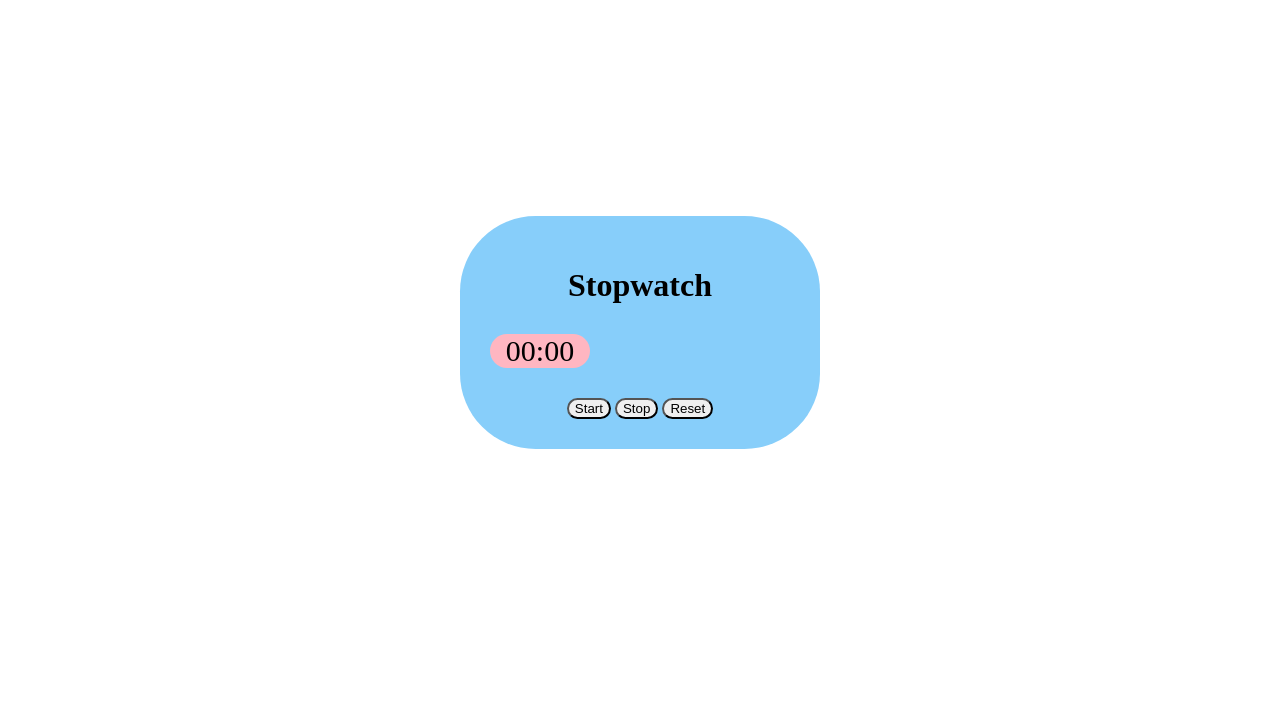
Repository: LeyaAbraham/web-dev
Page: clock.html
The author's editor kept a copy of each file at every save. The page is drawn from the files as they stood at one save, then again after the next save.
The browser window is 1280 px wide. The pictures show the whole page.

Above is the page before, as saved 2021-01-05 23:19:15.

### clock.html
<!DOCTYPE html>
<html>

<head>
    <title>Page Title</title>
    <link rel="stylesheet" href="style.css" type="text/css">

</head>

<body>
    <div id="wrap">
        <h1>Stopwatch</h1>
        <div id="time">
            <p><span id="seconds">00</span>:<span id="nano">00</span></p>
        </div>
        <button id="start">Start</button>
        <button id="stop">Stop</button>
        <button id="reset">Reset</button>
    </div>
    <script src="clock.js"></script>
</body>

</html>

### style.css
#wrap {
    background-color: lightskyblue;
    border-color: lightyellow;
    border-radius: 2cm;
    text-align: center;
    padding: 30px;
    margin: 30px;
    width: 300px;
    position: absolute;
	top:30%;
	left: 0;
	right: 0;

	margin: auto;

}

button {
    border-radius: 1cm;

}

p {
    font-size: 30px;
}

#time {
    background: lightpink;
    width: 100px;
    border-radius: 1cm;
    text-align: center;

}

### clock.js
window.onload = function () {

    var seconds = 00;
    var nano = 00;

    var interval;
    document.getElementById("start").onclick = start;
    document.getElementById("stop").onclick = stop;
    document.getElementById("reset").onclick = reset;

    function start() {

        interval = setInterval(runTimer, 10);

    }

    function stop() {
        clearInterval(interval);
    }

    function reset() {
        clearInterval(interval);
        nano = 00;
        seconds = 00;
        document.getElementById("nano").innerHTML = "00";
        document.getElementById("seconds").innerHTML = "00";
    }

    function runTimer() {
        var num = nano++;
        console.log(num);

        if (nano > 9) {
            console.log("in if");
            document.getElementById("nano").innerHTML = nano;
        }
        if (nano < 9) {
            document.getElementById("nano").innerHTML = "0" + nano;
        }
        if (nano > 99) {
            seconds++;
            nano = 0;
            document.getElementById("seconds").innerHTML = "0" + seconds;

        }

        if (seconds > 9) {
            document.getElementById("seconds") = seconds;
        }
    }
}

After the next save:
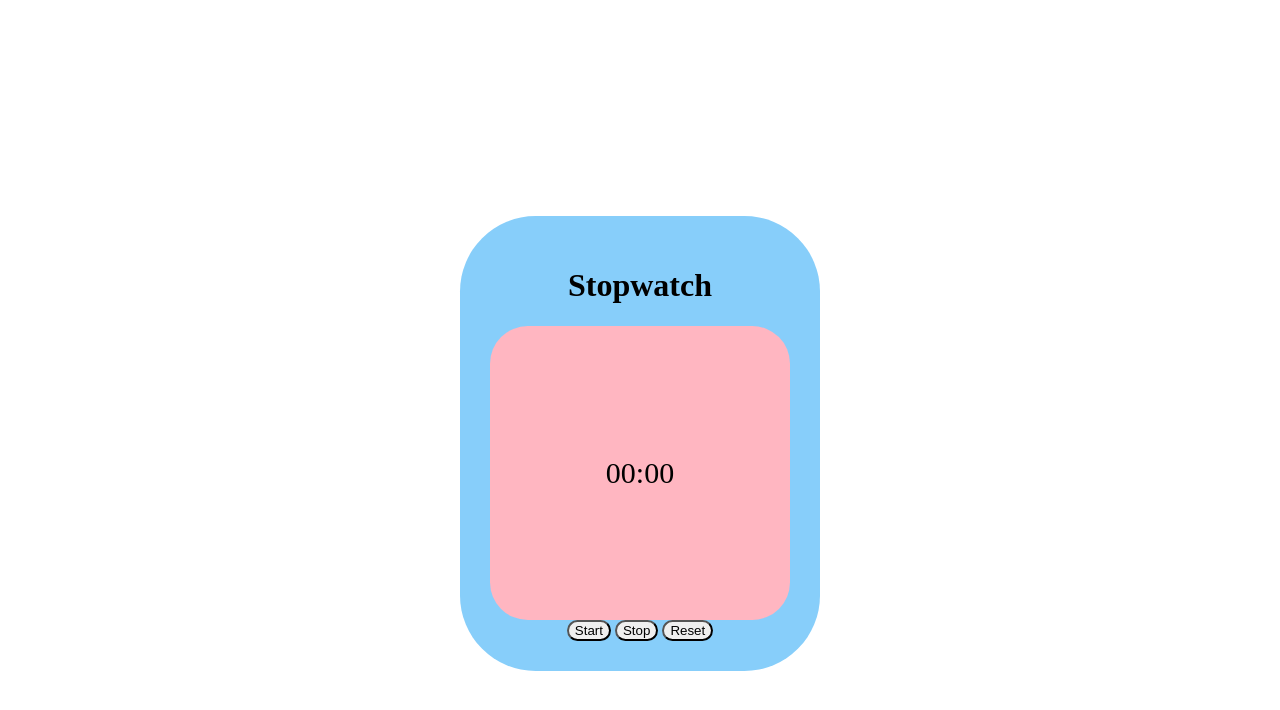
Saved 8 s later.
--- a/style.css
+++ b/style.css
@@ -29,5 +29,6 @@ p {
     width: 100px;
     border-radius: 1cm;
     text-align: center;
+    padding: 100px;
 
 }
